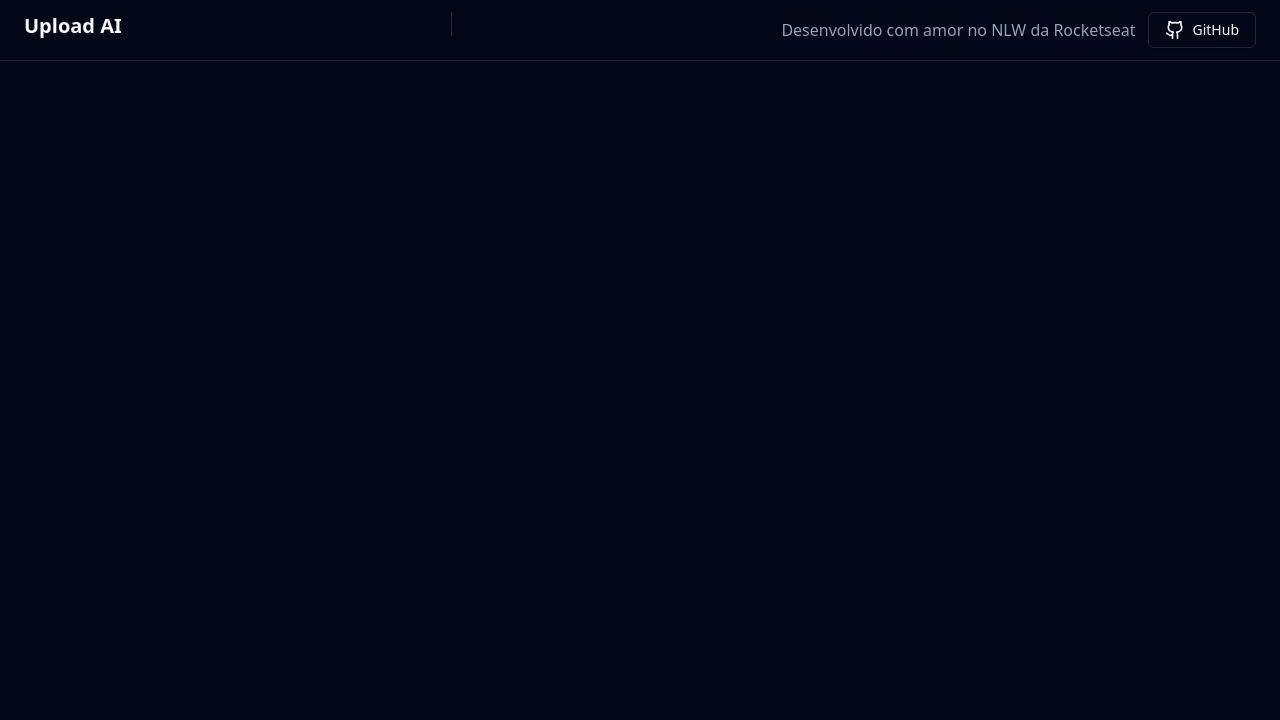
Repository: brksaian/nlw-2023-IA
Page: /
The author's editor kept a copy of each file at every save. The page is drawn from the files as they stood at one save, then again after the next save.
The browser window is 1280 px wide. The pictures show the whole page.
The project was rebuilt for these pictures with package versions that can differ from the ones it lists, and the page was loaded fresh each time. Also part of the build but not shown: vite.config.ts.

Above is the page before, as saved 2023-09-12 21:46:08.

### index.html
<!DOCTYPE html>
<html lang="en">
  <head>
    <meta charset="UTF-8" />
    <meta name="viewport" content="width=device-width, initial-scale=1.0" />
    <title>Upload AI</title>
  </head>
  <body>
    <div id="root"></div>
    <script type="module" src="/src/main.tsx"></script>
  </body>
</html>

### src/App.tsx
import { Button } from "./components/ui/button";
import { Github } from "lucide-react";
import { Separator } from "./components/ui/separator";

export function App() {
  return (
    <div className="min-h-screen flex flex-col">
      <div className="px-6 py-3 flex item-center justify-between border-b">
        <h1 className="text-xl font-bold">Upload AI</h1>

        <Separator orientation="vertical" className="h-6" />

        <div className="flex items-center gap-3">
          <span className="text-small text-muted-foreground">
            Desenvolvido com amor no NLW da Rocketseat
          </span>
          <Button variant="outline">
            <Github className="w-5 h-5 mr-2" />
            GitHub
          </Button>
        </div>
      </div>
      <main className="flex-1 p-6 flex gap-6">
        <div className="flex flex-col gap-6 w-1/2">
          <div className="grid grid-rows-2 gap-4 flex-1"></div>
        </div>
        <aside className="w-80"></aside>
      </main>
    </div>
  );
}

### src/index.css
@tailwind base;
@tailwind components;
@tailwind utilities;

@layer base {
  :root {
    --background: 222.2 84% 4.9%;
    --foreground: 210 40% 98%;
    --card: 222.2 84% 4.9%;
    --card-foreground: 210 40% 98%;
    --popover: 222.2 84% 4.9%;
    --popover-foreground: 210 40% 98%;
    --primary: 217.2 91.2% 59.8%;
    --primary-foreground: 222.2 47.4% 11.2%;
    --secondary: 217.2 32.6% 17.5%;
    --secondary-foreground: 210 40% 98%;
    --muted: 217.2 32.6% 17.5%;
    --muted-foreground: 215 20.2% 65.1%;
    --accent: 217.2 32.6% 17.5%;
    --accent-foreground: 210 40% 98%;
    --destructive: 0 62.8% 30.6%;
    --destructive-foreground: 210 40% 98%;
    --border: 217.2 32.6% 17.5%;
    --input: 217.2 32.6% 17.5%;
    --ring: 224.3 76.3% 48%;

    --radius: 0.5rem;
  }
}

@layer base {
  * {
    @apply border-border;
  }
  body {
    @apply bg-background text-foreground;
  }
}

### src/components/ui/button.tsx
import * as React from "react"
import { Slot } from "@radix-ui/react-slot"
import { cva, type VariantProps } from "class-variance-authority"

import { cn } from "@/lib/utils"

const buttonVariants = cva(
  "inline-flex items-center justify-center rounded-md text-sm font-medium transition-colors focus-visible:outline-none focus-visible:ring-1 focus-visible:ring-ring disabled:pointer-events-none disabled:opacity-50",
  {
    variants: {
      variant: {
        default:
          "bg-primary text-primary-foreground shadow hover:bg-primary/90",
        destructive:
          "bg-destructive text-destructive-foreground shadow-sm hover:bg-destructive/90",
        outline:
          "border border-input bg-transparent shadow-sm hover:bg-accent hover:text-accent-foreground",
        secondary:
          "bg-secondary text-secondary-foreground shadow-sm hover:bg-secondary/80",
        ghost: "hover:bg-accent hover:text-accent-foreground",
        link: "text-primary underline-offset-4 hover:underline",
      },
      size: {
        default: "h-9 px-4 py-2",
        sm: "h-8 rounded-md px-3 text-xs",
        lg: "h-10 rounded-md px-8",
        icon: "h-9 w-9",
      },
    },
    defaultVariants: {
      variant: "default",
      size: "default",
    },
  }
)

export interface ButtonProps
  extends React.ButtonHTMLAttributes<HTMLButtonElement>,
    VariantProps<typeof buttonVariants> {
  asChild?: boolean
}

const Button = React.forwardRef<HTMLButtonElement, ButtonProps>(
  ({ className, variant, size, asChild = false, ...props }, ref) => {
    const Comp = asChild ? Slot : "button"
    return (
      <Comp
        className={cn(buttonVariants({ variant, size, className }))}
        ref={ref}
        {...props}
      />
    )
  }
)
Button.displayName = "Button"

export { Button, buttonVariants }

### src/components/ui/separator.tsx
import * as React from "react"
import * as SeparatorPrimitive from "@radix-ui/react-separator"

import { cn } from "@/lib/utils"

const Separator = React.forwardRef<
  React.ElementRef<typeof SeparatorPrimitive.Root>,
  React.ComponentPropsWithoutRef<typeof SeparatorPrimitive.Root>
>(
  (
    { className, orientation = "horizontal", decorative = true, ...props },
    ref
  ) => (
    <SeparatorPrimitive.Root
      ref={ref}
      decorative={decorative}
      orientation={orientation}
      className={cn(
        "shrink-0 bg-border",
        orientation === "horizontal" ? "h-[1px] w-full" : "h-full w-[1px]",
        className
      )}
      {...props}
    />
  )
)
Separator.displayName = SeparatorPrimitive.Root.displayName

export { Separator }

Loaded but not shown: src/main.tsx (common file); src/lib/utils.ts (common file); tailwind.config.js (common file)

After the next save:
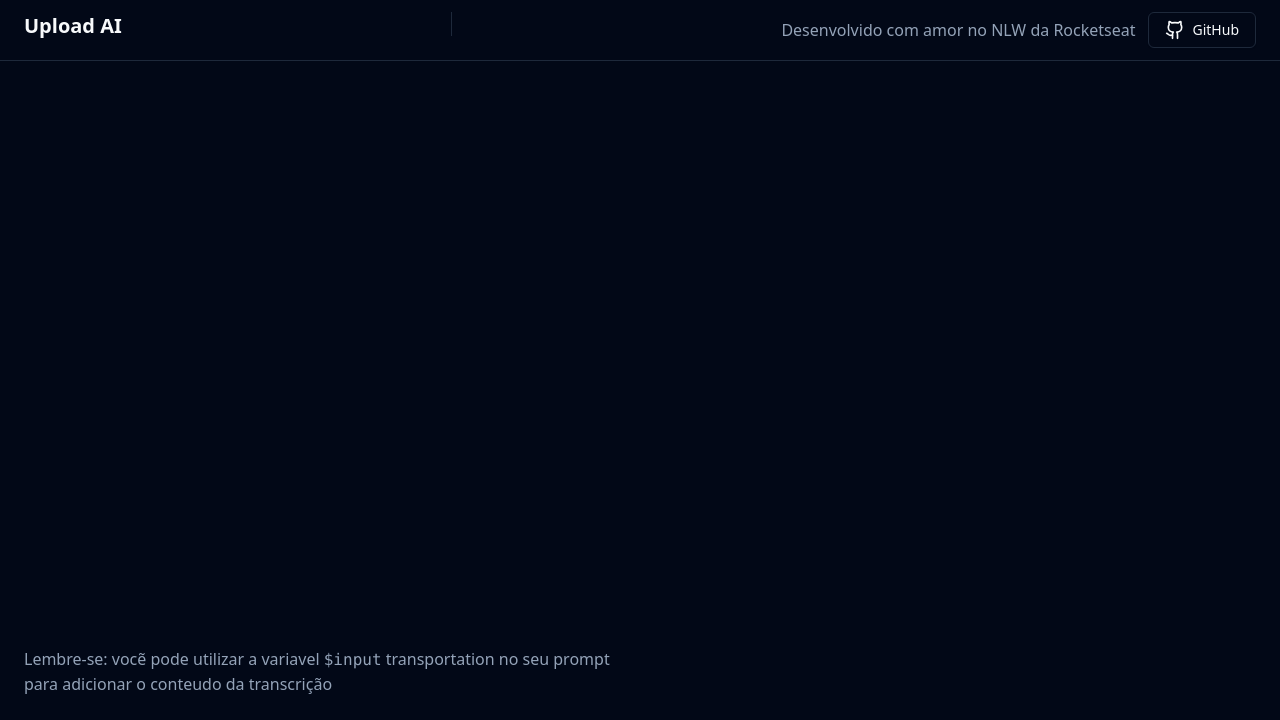
Saved 2 min 18 s later.
--- a/src/App.tsx
+++ b/src/App.tsx
@@ -23,6 +23,11 @@ export function App() {
       <main className="flex-1 p-6 flex gap-6">
         <div className="flex flex-col gap-6 w-1/2">
           <div className="grid grid-rows-2 gap-4 flex-1"></div>
+          <p className="text-sn text-muted-foreground">
+            Lembre-se: vocẽ pode utilizar a variavel <code>$input</code>{" "}
+            transportation no seu prompt para adicionar o conteudo da
+            transcrição
+          </p>
         </div>
         <aside className="w-80"></aside>
       </main>
